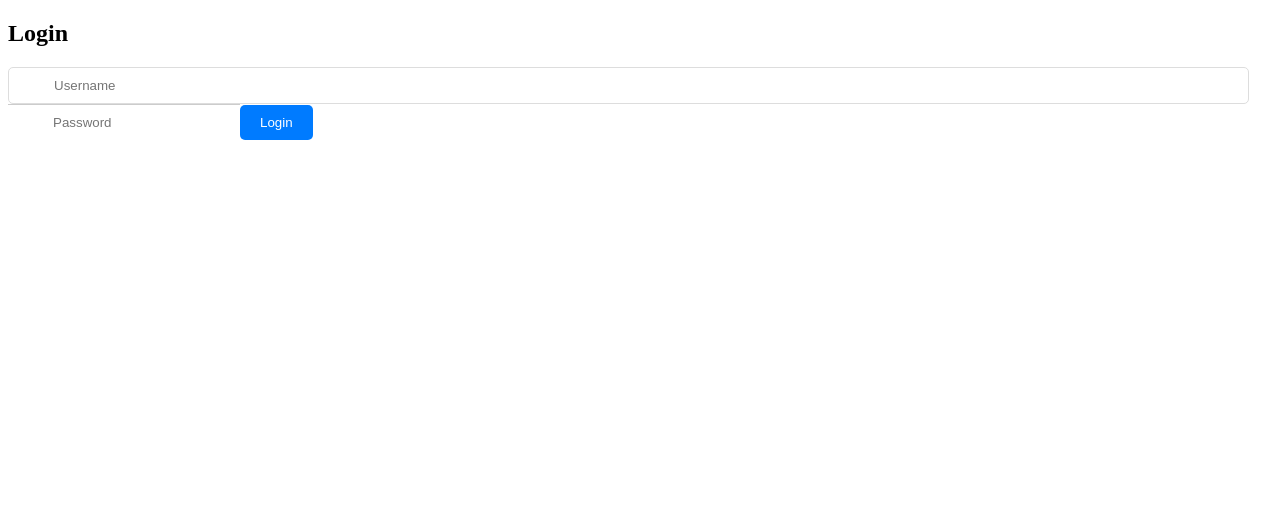
Repository: mdmisri/needy-talk
Page: /login (app in frontend/talk-d1/)
These files come from the project's save history. The page is drawn as it stood at one moment and after the next save; the edit follows.
The browser window is 1280 px wide. The pictures show the whole page.
The page's requests for data from a server got no answer. The project was rebuilt for these pictures with package versions that can differ from the ones it lists, and the page was loaded fresh each time. No one was signed in, and anything a server would have sent is missing. Also part of the build but not shown: frontend/talk-d1/src/components/Register/Register.css, frontend/talk-d1/src/components/Register/Register.js, frontend/talk-d1/src/conversationUtils.js, frontend/talk-d1/src/hooks/useConversation.js, frontend/talk-d1/src/components/Chat/styles/Message.css, frontend/talk-d1/src/components/Chat/Message.js, frontend/talk-d1/src/components/Chat/ChatBox.js, frontend/talk-d1/src/components/Chat/AdminChatBox.js and 3 more.

Above is the page before, as saved 2024-07-28 14:43:57.

After the next save:
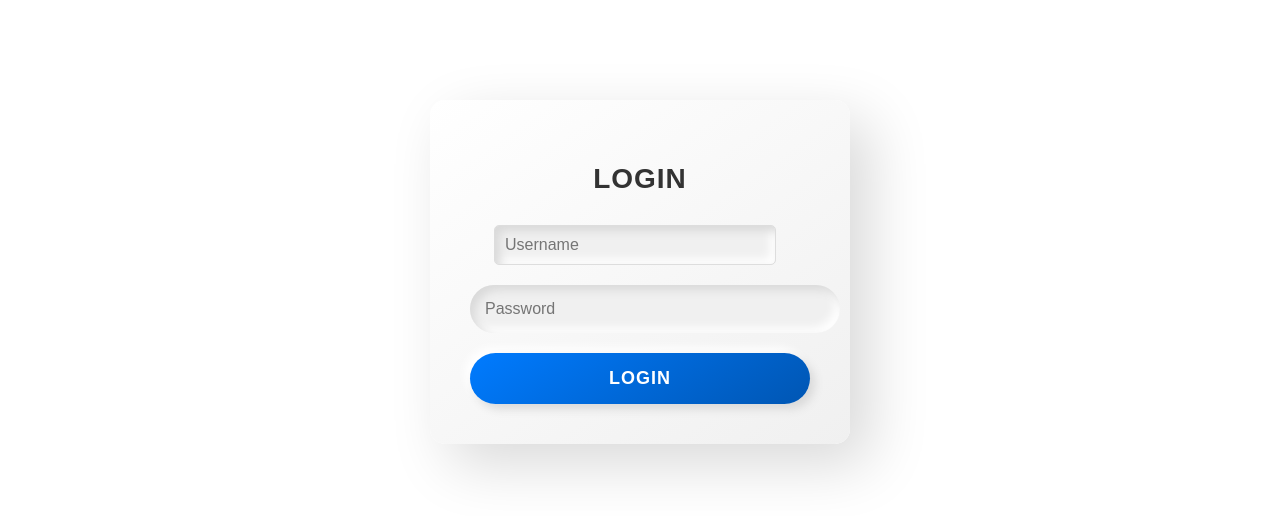
Saved 39 s later.
--- a/frontend/talk-d1/src/components/Login/Login.css
+++ b/frontend/talk-d1/src/components/Login/Login.css
@@ -1,20 +1,63 @@
-.login-container input[type="text"],
-.login-container input[type="password"] {
-    padding-left: 45px; /* Make room for the icon */
-    position: relative;
+.login-container {
+    width: 340px;
+    padding: 40px;
+    background: linear-gradient(145deg, #ffffff, #f0f0f0);
+    box-shadow: 20px 20px 60px #d9d9d9, -20px -20px 60px #ffffff;
+    border-radius: 15px;
+    margin: 100px auto;
+    text-align: center;
+    font-family: 'Arial', sans-serif;
 }
 
-.login-container input[type="text"]::before,
-.login-container input[type="password"]::before {
-    content: '\f007'; /* User icon for username */
-    font-family: 'Font Awesome 5 Free';
-    position: absolute;
-    left: 20px;
-    top: 50%;
-    transform: translateY(-50%);
-    color: #007bff;
+.login-container h2 {
+    margin-bottom: 30px;
+    color: #333;
+    font-size: 28px;
+    font-weight: 600;
+    text-transform: uppercase;
+    letter-spacing: 1px;
 }
 
-.login-container input[type="password"]::before {
-    content: '\f023'; /* Lock icon for password */
+.login-container input {
+    width: 100%;
+    margin-bottom: 20px;
+    padding: 15px;
+    border: none;
+    border-radius: 50px;
+    background: #f0f0f0;
+    box-shadow: inset 5px 5px 10px #d9d9d9, inset -5px -5px 10px #ffffff;
+    font-size: 16px;
+    transition: all 0.3s ease;
 }
+
+.login-container input:focus {
+    outline: none;
+    box-shadow: inset 5px 5px 10px #c1c1c1, inset -5px -5px 10px #ffffff;
+}
+
+.login-container button {
+    width: 100%;
+    padding: 15px;
+    background: linear-gradient(145deg, #007bff, #0056b3);
+    color: #fff;
+    border: none;
+    border-radius: 50px;
+    cursor: pointer;
+    font-size: 18px;
+    font-weight: 600;
+    text-transform: uppercase;
+    letter-spacing: 1px;
+    transition: all 0.3s ease;
+    box-shadow: 5px 5px 10px #d9d9d9, -5px -5px 10px #ffffff;
+}
+
+.login-container button:hover {
+    background: linear-gradient(145deg, #0056b3, #004494);
+    transform: translateY(-3px);
+    box-shadow: 7px 7px 15px #d9d9d9, -7px -7px 15px #ffffff;
+}
+
+.login-container button:active {
+    transform: translateY(0);
+    box-shadow: 3px 3px 5px #d9d9d9, -3px -3px 5px #ffffff;
+}
